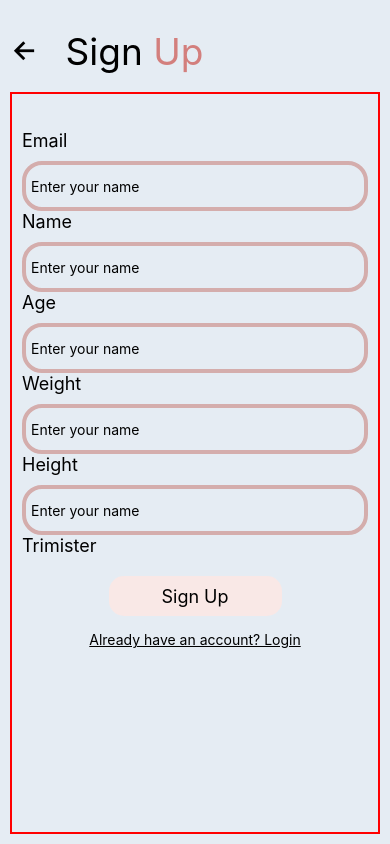
Repository: kgayathridevi/pregband
Screen: /Sign
An editor plug-in stored every save of this project. The screen is shown before and after the next save, followed by the edit.
The app was drawn by React Native's web renderer in a window 390 px wide. The project was rebuilt for these pictures with package versions that can differ from the ones it lists, and the page was loaded fresh each time. Also part of the build but not shown: component/Home.jsx.

Above is the screen before, as saved 2023-04-30 07:50:58.

### App.js
import { NavigationContainer } from "@react-navigation/native";
import { createNativeStackNavigator } from "@react-navigation/native-stack";
import { StatusBar } from "expo-status-bar";
import { StyleSheet, Text, View } from "react-native";
import SignUpScreen from "./component/SignUpScreen";
import LogInScreen from "./component/LogInScreen";
import Home from "./component/Home";

const Stack = createNativeStackNavigator();
export default function App() {
  return (
    <NavigationContainer>
      <Stack.Navigator initialRouteName="Log">
        <Stack.Screen
          options={{ headerShown: false }}
          name="Log"
          component={LogInScreen}
        />
        <Stack.Screen
          options={{ headerShown: false }}
          name="Sign"
          component={SignUpScreen}
        />
        <Stack.Screen name="Home" component={Home} />
      </Stack.Navigator>
    </NavigationContainer>
  );
}

const styles = StyleSheet.create({
  // container: {
  //   flex: 1,
  //   backgroundColor: '#fff',
  //   alignItems: 'center',
  //   justifyContent: 'center',
  // },
});

### component/SignUpScreen.jsx
import {
  StyleSheet,
  Text,
  View,
  TextInput,
  TouchableOpacity,
} from "react-native";
import React from "react";
import { Button } from "react-native";
import Ionicons from "@expo/vector-icons/Ionicons";
import { SafeAreaView } from "react-native-safe-area-context";

const SignUpScreen = ({ navigation }) => {
  return (
    <SafeAreaView style={styles.container}>
      <View style={styles.headerContainer}>
        <View style={styles.btnCont}>
          <Ionicons name="arrow-back" color="black" size={30} />
        </View>
        <View style={styles.titleContain}>
          <Text style={styles.textC}>Sign</Text>
          <Text style={[styles.textC, styles.textC2]}> Up</Text>
        </View>
      </View>
      <View style={styles.mainContainer}>
        <View style={styles.inputContainer}>
          <Text style={{ fontSize: 18 }}>Email</Text>
          <TextInput style={styles.textInp} placeholder="Enter your name" />

          <Text style={{ fontSize: 18 }}>Name</Text>
          <TextInput style={styles.textInp} placeholder="Enter your name" />

          <Text style={{ fontSize: 18 }}>Age</Text>
          <TextInput style={styles.textInp} placeholder="Enter your name" />

          <Text style={{ fontSize: 18 }}>Weight</Text>
          <TextInput style={styles.textInp} placeholder="Enter your name" />

          <Text style={{ fontSize: 18 }}>Height</Text>
          <TextInput style={styles.textInp} placeholder="Enter your name" />

          <Text style={{ fontSize: 18 }}>Trimister</Text>
          {/* <TextInput style={styles.textInp} placeholder="Enter your name" /> */}

          {/* <Text style={{ fontSize: 18, marginTop: 15 }}>Password</Text>
          <TextInput style={styles.textInp} placeholder="Enter your password" /> */}

          <View style={{ marginTop: 20, alignItems: "center" }}>
            <TouchableOpacity
              style={styles.logBtn}
              onPress={() => navigation.navigate("Home")}
            >
              <Text style={{ fontSize: 18 }}>Sign Up</Text>
            </TouchableOpacity>
            <TouchableOpacity onPress={() => navigation.navigate("Sign")}>
              <Text style={{ textDecorationLine: "underline", marginTop: 15 }}>
                Already have an account? Login
              </Text>
            </TouchableOpacity>
          </View>
        </View>
      </View>
    </SafeAreaView>
  );
};

export default SignUpScreen;

const styles = StyleSheet.create({
  container: {
    // borderWidth: 2,
    height: "100%",
    backgroundColor: "#E5ECF3",
    padding: 10,
  },
  headerContainer: {
    // borderWidth: 2,
    height: "10%",
    flexDirection: "row",
    justifyContent: "space-between",
  },
  titleContain: {
    // borderWidth: 2,
    flexDirection: "row",
    width: "85%",
    alignItems: "center",
  },
  btnCont: {
    justifyContent: "center",
    // borderWidth: 2,
  },
  textC: {
    fontSize: 37,
  },
  textC2: {
    color: "#D37F7D",
  },
  mainContainer: {
    borderWidth: 2,
    height: "90%",
    borderColor: "red",
  },
  inputContainer: {
    // borderWidth: 2,
    height: "80%",
    justifyContent: "center",
    padding: 10,
    position: "relative",
  },
  textInp: {
    borderWidth: 4,
    borderColor: "#D4ADAC",
    borderRadius: 20,
    height: 50,
    paddingHorizontal: 5,
    marginTop: 10,
  },
  logBtn: {
    backgroundColor: "#F9E8E6",
    height: 40,
    alignItems: "center",
    justifyContent: "center",
    width: "50%",
    borderRadius: 15,
  },
});

### component/LogInScreen.jsx
import {
  Button,
  StyleSheet,
  Text,
  TextInput,
  TouchableOpacity,
  View,
} from "react-native";
import React from "react";
import { SafeAreaView } from "react-native-safe-area-context";
import Ionicons from "@expo/vector-icons/Ionicons";

const LogInScreen = ({ navigation }) => {
  return (
    <SafeAreaView style={styles.container}>
      <View style={styles.headerContainer}>
        <View style={styles.btnCont}>
          {/* <Text>back</Text> */}
          <Ionicons name="arrow-back" color="black" size={30} />
        </View>
        <View style={styles.titleContain}>
          <Text style={styles.textC}>Log</Text>
          <Text style={[styles.textC, styles.textC2]}> In</Text>
        </View>
      </View>
      <View style={styles.mainContainer}>
        <View style={styles.inputContainer}>
          <Text style={{ fontSize: 18 }}>Email</Text>
          <TextInput style={styles.textInp} placeholder="Enter your name" />

          <Text style={{ fontSize: 18, marginTop: 15 }}>Password</Text>
          <TextInput style={styles.textInp} placeholder="Enter your password" />

          <View style={{ marginTop: 55, alignItems: "center" }}>
            <TouchableOpacity
              style={styles.logBtn}
              onPress={() => navigation.navigate("Home")}
            >
              <Text style={{ fontSize: 18 }}>Log In</Text>
            </TouchableOpacity>
            <TouchableOpacity onPress={() => navigation.navigate("Sign")}>
              <Text style={{ textDecorationLine: "underline", marginTop: 15 }}>
                Dont have an account? SignUp
              </Text>
            </TouchableOpacity>
          </View>
        </View>
        <View></View>
      </View>
    </SafeAreaView>
  );
};

export default LogInScreen;

const styles = StyleSheet.create({
  container: {
    // borderWidth: 2,
    height: "100%",
    backgroundColor: "#E5ECF3",
    padding: 10,
  },
  headerContainer: {
    // borderWidth: 2,
    height: "10%",
    flexDirection: "row",
    justifyContent: "space-between",
  },
  titleContain: {
    // borderWidth: 2,
    flexDirection: "row",
    width: "85%",
    alignItems: "center",
  },
  btnCont: {
    justifyContent: "center",
    // borderWidth: 2,
  },
  textC: {
    fontSize: 37,
  },
  textC2: {
    color: "#D37F7D",
  },

  mainContainer: {
    // borderWidth: 2,
    height: "90%",
    borderColor: "red",
  },
  inputContainer: {
    // borderWidth: 2,
    height: "80%",
    justifyContent: "center",
    padding: 10,
  },
  textInp: {
    borderWidth: 4,
    borderColor: "#D4ADAC",
    borderRadius: 20,
    height: 50,
    paddingHorizontal: 5,
    marginTop: 10,
  },
  logBtn: {
    backgroundColor: "#F9E8E6",
    height: 40,
    alignItems: "center",
    justifyContent: "center",
    width: "50%",
    borderRadius: 15,
  },
});

After the next save:
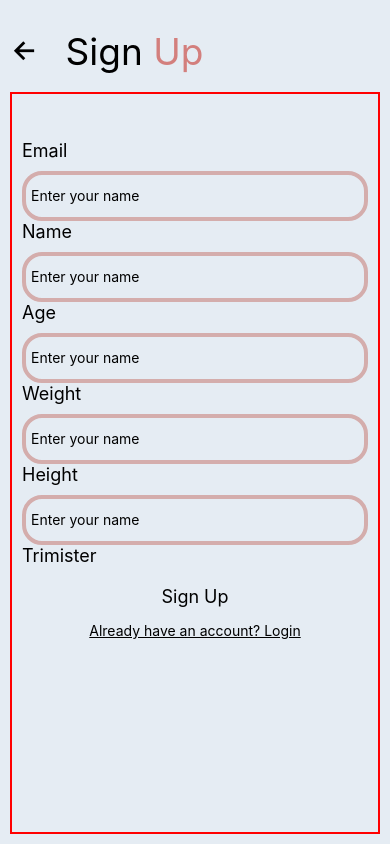
Saved 32 s later.
--- a/component/SignUpScreen.jsx
+++ b/component/SignUpScreen.jsx
@@ -115,12 +115,12 @@
     paddingHorizontal: 5,
     marginTop: 10,
   },
-  logBtn: {
-    backgroundColor: "#F9E8E6",
-    height: 40,
-    alignItems: "center",
-    justifyContent: "center",
-    width: "50%",
-    borderRadius: 15,
-  },
+  // logBtn: {
+  //   backgroundColor: "#F9E8E6",
+  //   height: 40,
+  //   alignItems: "center",
+  //   justifyContent: "center",
+  //   width: "50%",
+  //   borderRadius: 15,
+  // },
 });

After the save that followed:
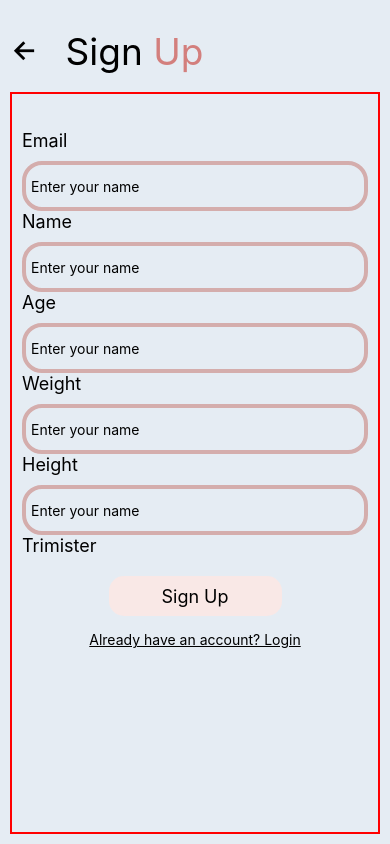
Saved 43 s later.
--- a/component/SignUpScreen.jsx
+++ b/component/SignUpScreen.jsx
@@ -105,7 +105,6 @@
     height: "80%",
     justifyContent: "center",
     padding: 10,
-    position: "relative",
   },
   textInp: {
     borderWidth: 4,
@@ -115,12 +114,12 @@
     paddingHorizontal: 5,
     marginTop: 10,
   },
-  // logBtn: {
-  //   backgroundColor: "#F9E8E6",
-  //   height: 40,
-  //   alignItems: "center",
-  //   justifyContent: "center",
-  //   width: "50%",
-  //   borderRadius: 15,
-  // },
+  logBtn: {
+    backgroundColor: "#F9E8E6",
+    height: 40,
+    alignItems: "center",
+    justifyContent: "center",
+    width: "50%",
+    borderRadius: 15,
+  },
 });
